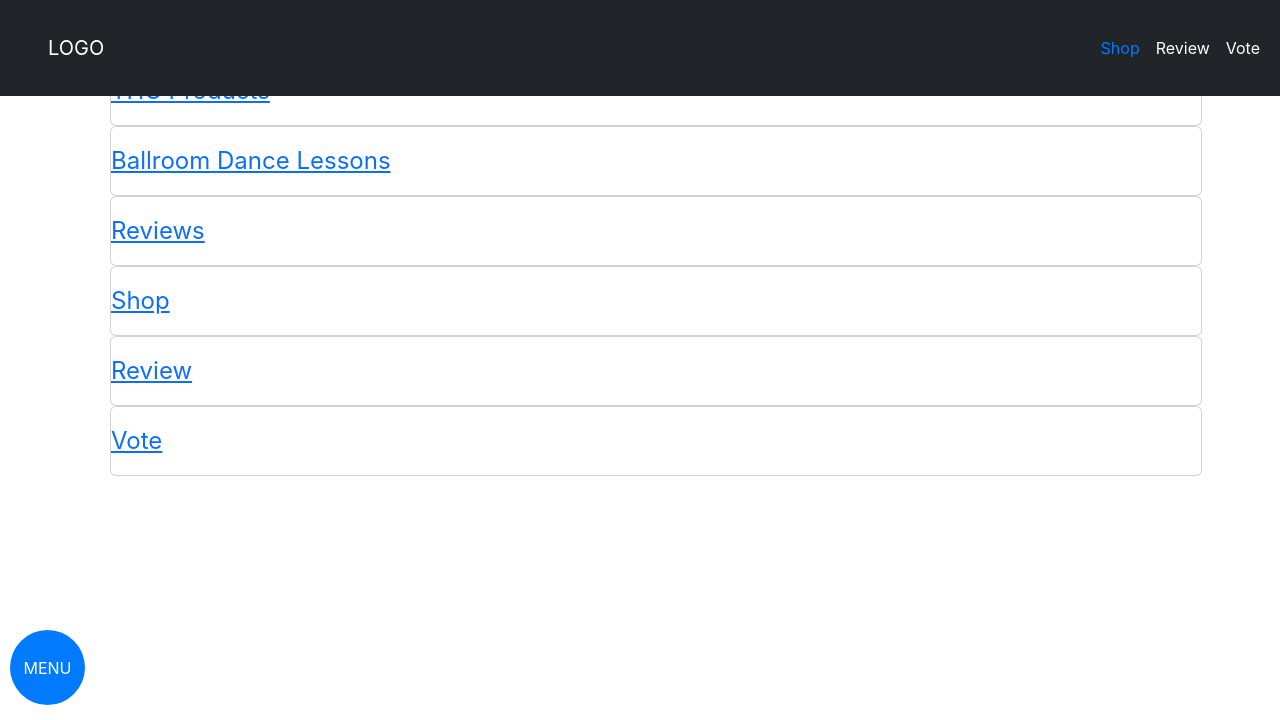
Repository: DragonFruit8/basic-website
Page: /shop
The author's editor kept a copy of each file at every save. The page is drawn from the files as they stood at one save, then again after a run of saves.
The browser window is 1280 px wide. The pictures show the whole page.
The project was rebuilt for these pictures with package versions that can differ from the ones it lists, and the page was loaded fresh each time. Also part of the build but not shown: src/sections/MissionSec.js, src/sections/AboutSec.js, src/sections/ServiceSec.js, src/Img/LunaLogo.js, src/sections/SupportSec.js, src/sections/HeroSec.js, src/pages/HomePage.js.

Above is the page before, as saved 2024-06-23 08:55:18.

After the next 5 saves:
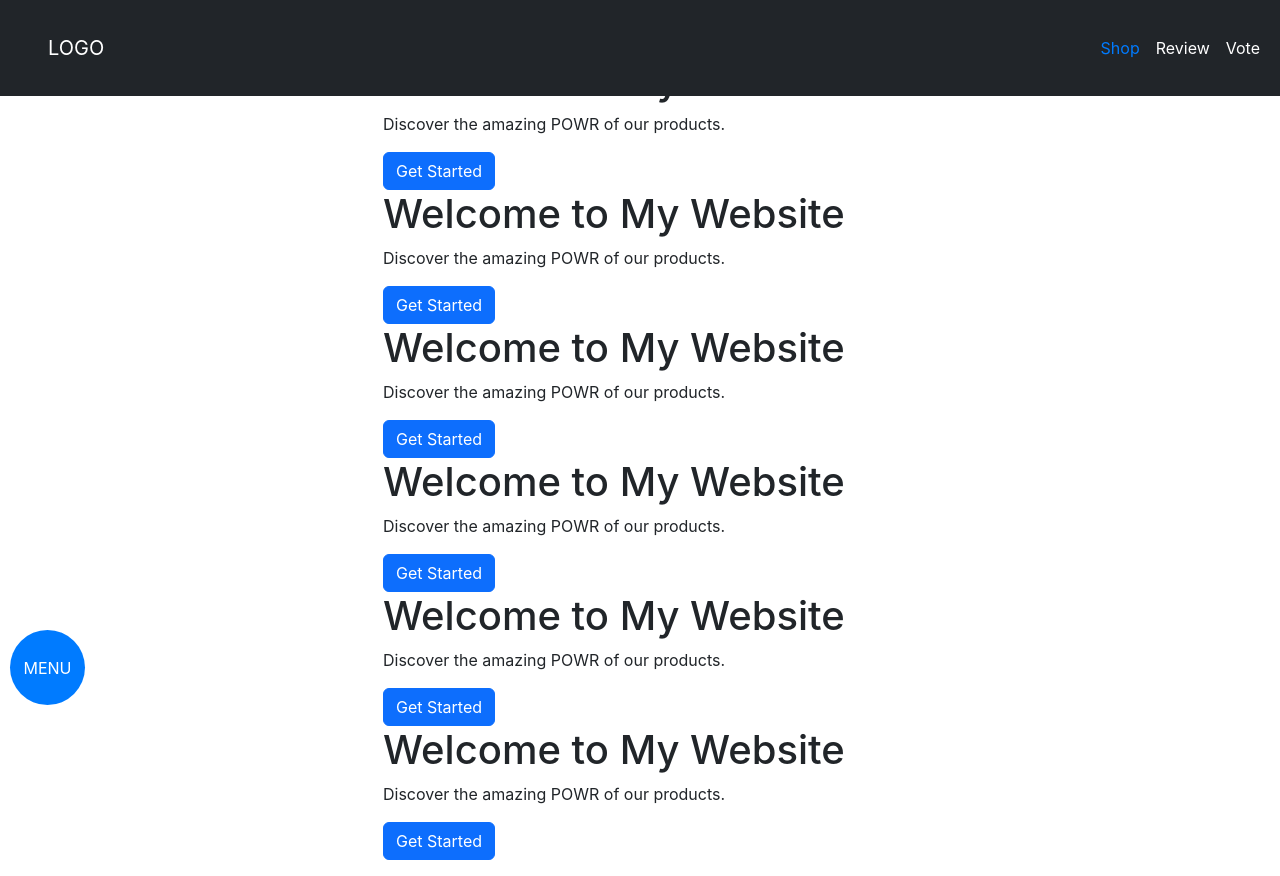
The 5 saves are shown as one change because 1 did not build or start and some came seconds apart.
The last was saved 37 s later.
--- a/src/pages/ShopPage.js
+++ b/src/pages/ShopPage.js
@@ -9,16 +9,13 @@
                 {
                     Object.keys(data).map((key, index) => {
                         return (
-                            <div className='container'>
-                                <div className="container">
-                                    <div className="row justify-content-center">
-                                        <div class="col">
-
-                                            <ul className='card list-unstyled'>
-                                                <li key={index} className='list-unstyled mt-3 mb-3' style={{ fontSize: '1.5rem' }}>
-                                                    <a href={`/${data[key].b}`}>{data[key].a}</a>
-                                                </li>
-                                            </ul>
+                            <div className="container">
+                                <div className="row justify-content-center">
+                                    <div className="col-lg-6">
+                                        <div className="hero-content">
+                                            <h1>Welcome to My Website</h1>
+                                            <p>Discover the amazing POWR of our products.</p>
+                                            <button className="btn btn-primary">Get Started</button>
                                         </div>
                                     </div>
                                 </div>
@@ -32,3 +29,9 @@
 };
 
 export default ShopPage;
+
+// <ul className='card list-unstyled'>
+{/* <li key={index} className='list-unstyled mt-3 mb-3' style={{ fontSize: '1.5rem' }}>
+    <a href={`/${data[key].b}`}>{data[key].a}</a>
+</li>
+                                            </ul > */}
